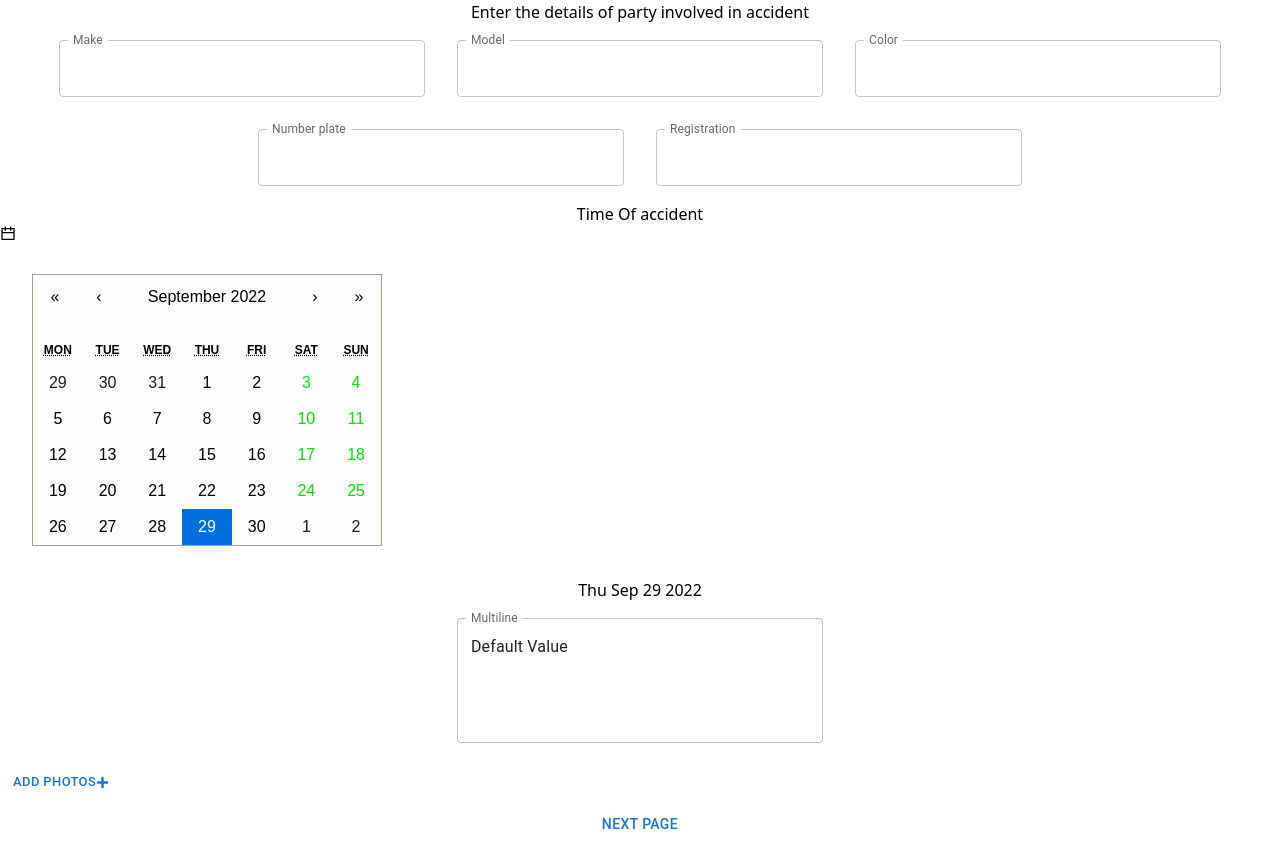
Repository: ALVIN-OBONYO/Xela-smart_insuarance
Page: /report (app in frontend/)
The author's editor kept a copy of each file at every save. The page is drawn from the files as they stood at one save, then again after the next save.
The browser window is 1280 px wide. The pictures show the whole page.
The project was rebuilt for these pictures with package versions that can differ from the ones it lists, and the page was loaded fresh each time. Also part of the build but not shown: frontend/src/Services/TruncateAddress.js, frontend/src/Services/Contract.js, frontend/src/Services/transactions.js, frontend/src/Components/Cards.jsx, frontend/src/Pages/Entrypage.jsx, frontend/src/Services/LoginWithEth.js, frontend/src/Components/Sidebar.js, frontend/src/Pages/Policies.jsx and 3 more.

Above is the page before, as saved 2022-10-07 18:29:38.

After the next save:
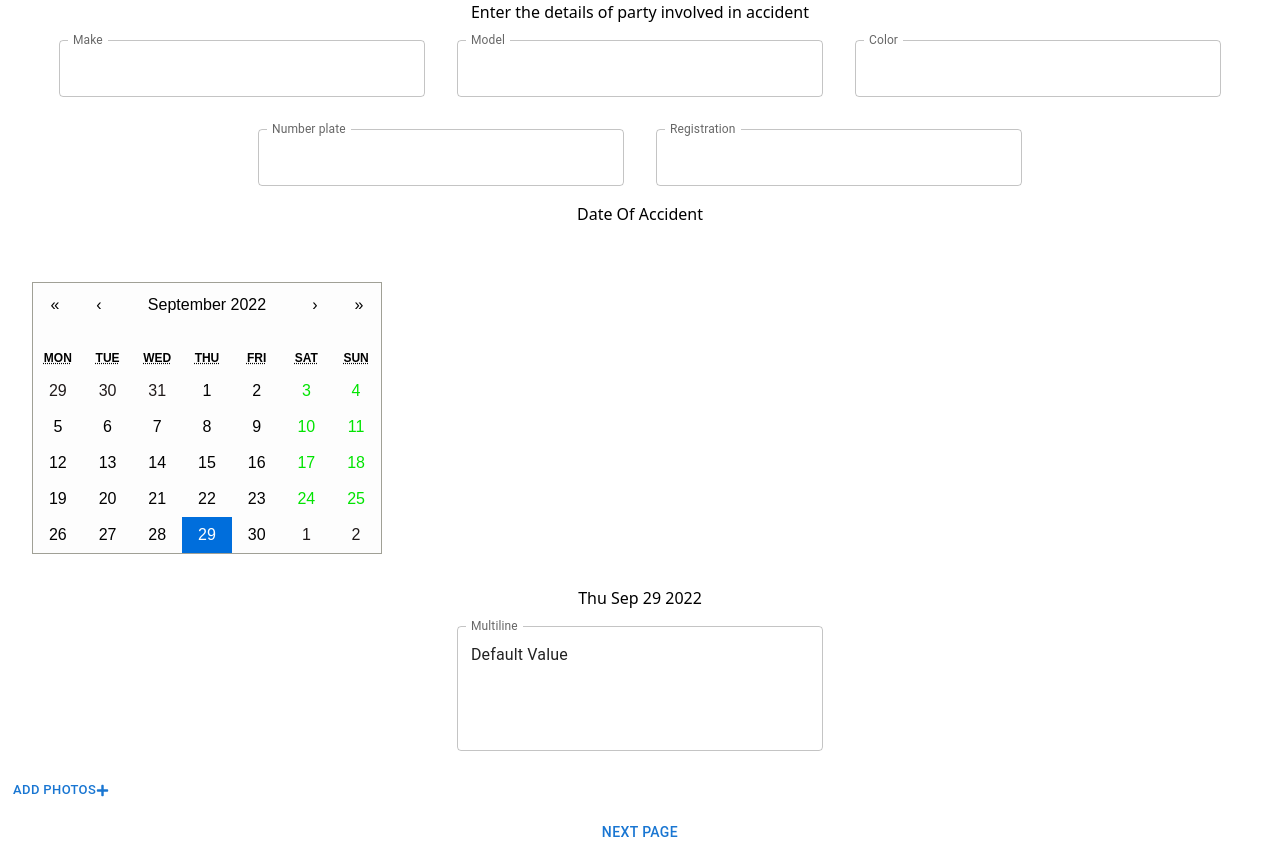
Saved 2 min 15 s later.
--- a/frontend/src/Components/Calendar.jsx
+++ b/frontend/src/Components/Calendar.jsx
@@ -1,6 +1,5 @@
 import Calendar from 'react-calendar'
 import React, {useState} from 'react'
-import {RiCalendarLine} from 'react-icons/ri'
 import './Calendar.css'
 
 const MyCalendar = () => {
@@ -11,7 +10,7 @@ const MyCalendar = () => {
     }
     return (
         <div>
-           <h3>Time Of accident <RiCalendarLine /></h3>
+           <h3>Date Of Accident</h3><br/>
            <Calendar onChange={changeDate} value={calendarDate} />
            <h4>{calendarDate.toDateString()}</h4>
 
